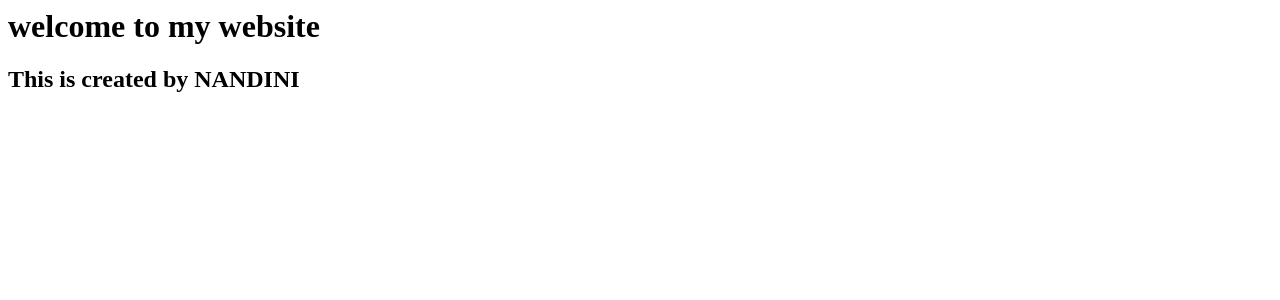
Repository: SontyanaNandini/Aws-Python-nandini
Page: template/index.html
The author's editor kept a copy of each file at every save. The page is drawn from the files as they stood at one save, then again after the next save.
The browser window is 1280 px wide. The pictures show the whole page.

Above is the page before, as saved 2024-11-30 11:10:25.

### template/index.html
<html lang="en">
<head>
    <meta charset="UTF-8">
    <meta name="viewport" content="width=device-width, initial-scale=1.0">
    <title>Document</title>
</head>
<body>
    <h1>welcome to my website</h1>
    <h2>This is created by NANDINI</h2>
</body>
</html>

After the next save:
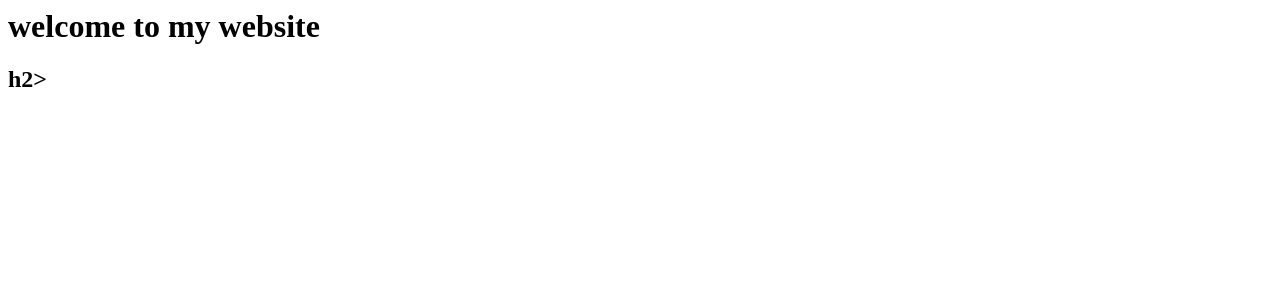
Saved 118 s later.
--- a/template/index.html
+++ b/template/index.html
@@ -6,6 +6,6 @@
 </head>
 <body>
     <h1>welcome to my website</h1>
-    <h2>This is created by NANDINI</h2>
+    <h2>h2>
 </body>
 </html>
